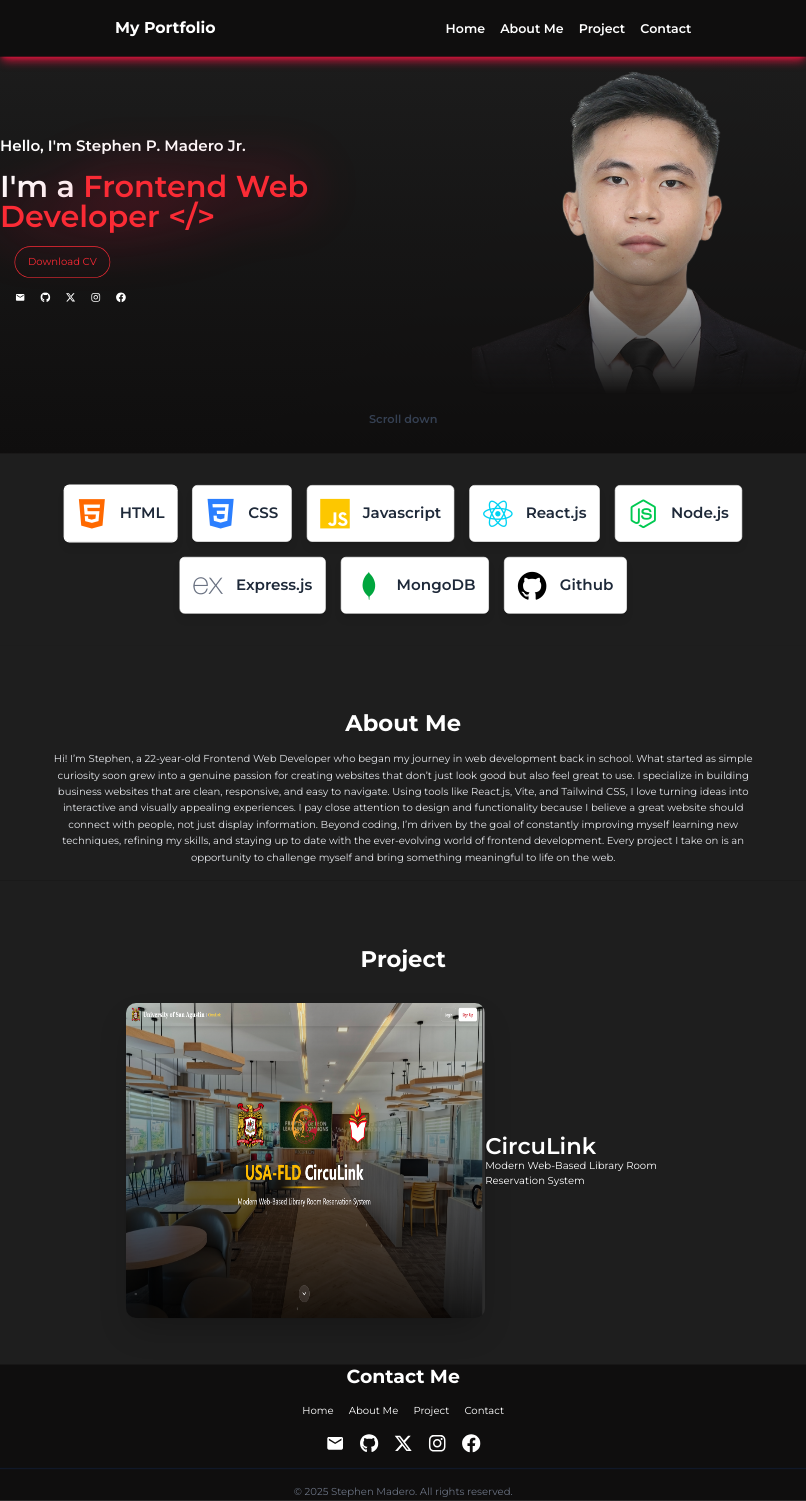
Repository: KaguyaKawaii/portfolio
Page: / (app in frontend/)
These files come from the project's save history. The page is drawn as it stood at one moment and after the next save; the edit follows.
The browser window is 1280 px wide. The pictures show the whole page, at 63% of full size.
Some web libraries are served in a nearby version. The project was rebuilt for these pictures with package versions that can differ from the ones it lists, and the page was loaded fresh each time. Also part of the build but not shown: frontend/vite.config.js.

Above is the page before, as saved 2025-10-29 00:05:43.

After the next save:
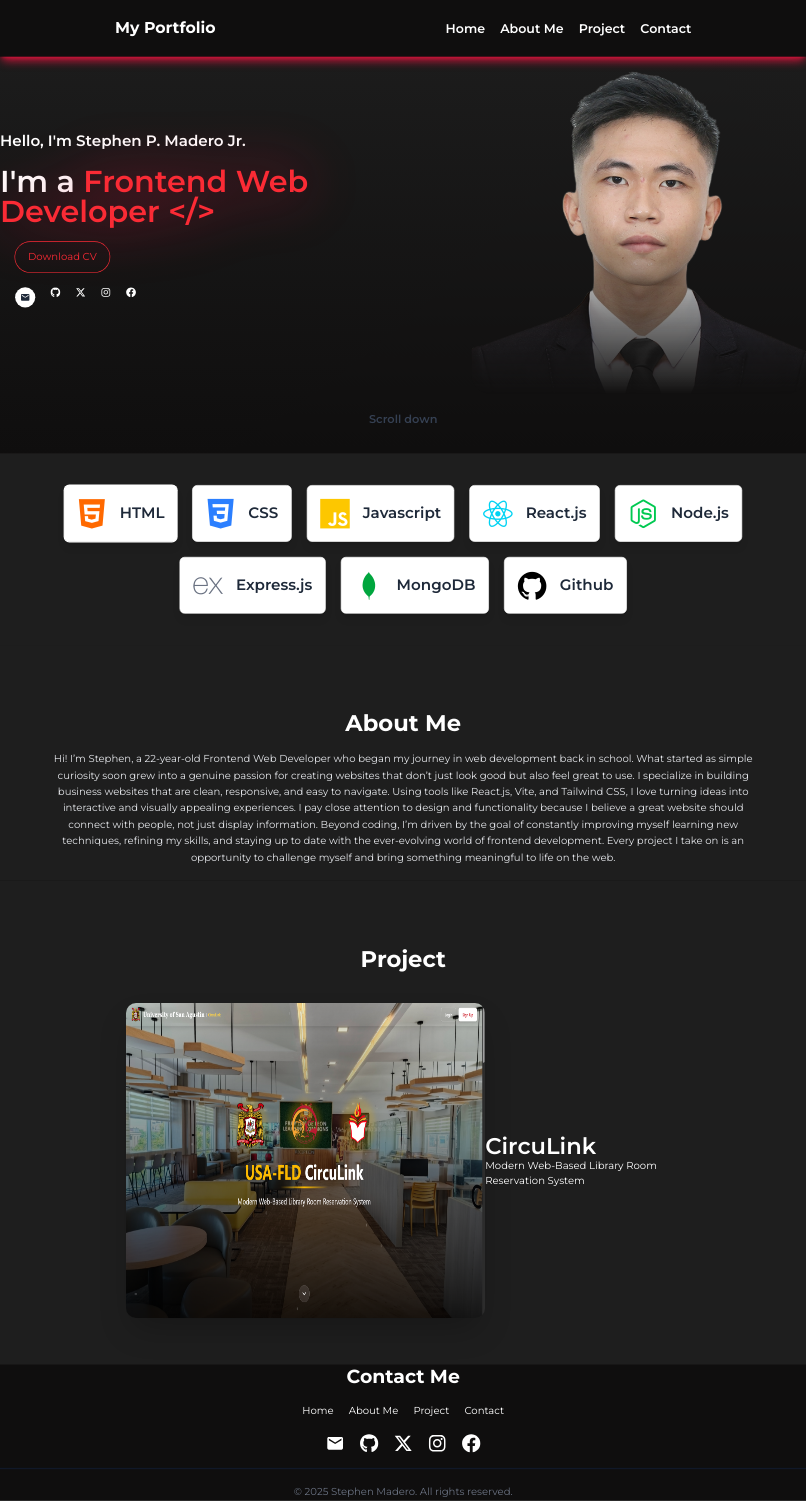
Saved 14 s later.
--- a/frontend/src/App.jsx
+++ b/frontend/src/App.jsx
@@ -80,7 +80,7 @@
                 {/* Email */}
               <a
                 href=""
-                className="hover:text-[#dc143c] transition"
+                className="hover:text-[#dc143c] transition bg-white rounded-full p-2 text-gray-800"
               >
                 <MdEmail />
               </a>
